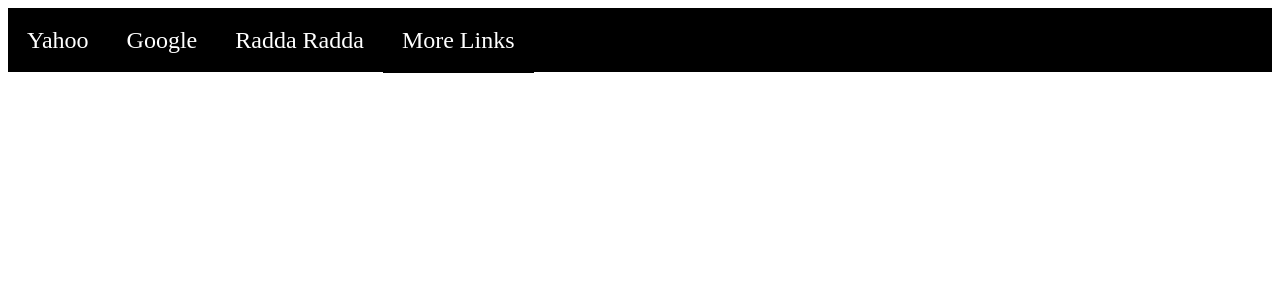
Repository: Komerican/komerican.github.io
Page: index1.html
The author's editor kept a record of every edit. The page is drawn from the files as they stood at one moment, then again after the next edit.
The browser window is 1280 px wide. The pictures show the whole page.

Above is the page before.

### index1.html
<!DOCTYPE html>
<html>
  <head>

    <title>repl.it</title>

    <style>
      .navbar{
        background-color: black;
        width: 100%;
        height: 64px;

      }

      .navbar a, .morelinks {
        color: white;
        font-size: 24px;
        text-decoration: none;
        padding:19px;
        float:left;
      }

      .navbar a:hover, .morelinks:hover{
        background-color: pink;
      }

      .dropdown:hover .dropdown-content{
        display:block;
      }

      .dropdown-content{
        position: absolute;
        z-index: 1;
        display:none;
      }

      .dropdown{
        background-color: black;
        color: white;
        float: left;
        text-decoration: none;
        font-size: 24px;

      }

      .dropdown-content a{
        float:none;
        display:block;

      }

    </style>

  </head>
  <body>
    <div class="navbar">
      <a href="https://www.yahoo.com">Yahoo</a>
      <a href="https://www.google.com">Google</a>
       <a href="https://vimm.net/vault/17594">Radda Radda</a>
      <div class="dropdown">
        <div class="morelinks">More Links</div>
        <div class="dropdown-content">
          <a href="https://www.awseducate.com">AWS Educate</a>
          <a href="https://www.collegeboard.org">College Board</a>
        </div>
      </div>

    </div>

  </body>
</html>

After the next edit:
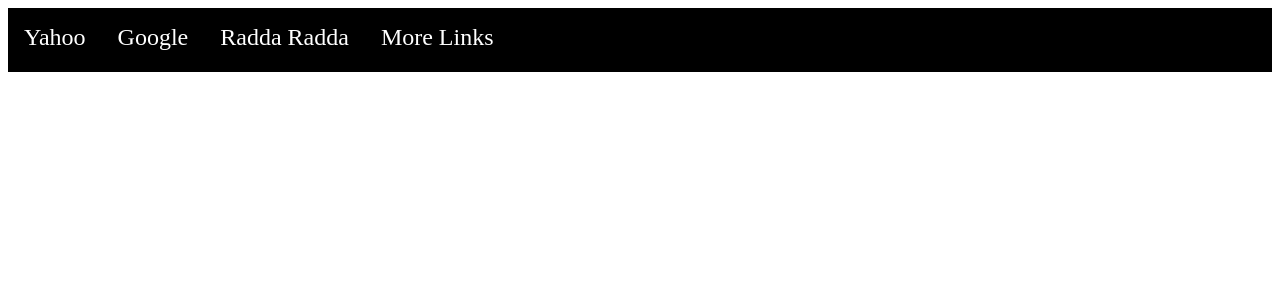
The edit:
--- a/index1.html
+++ b/index1.html
@@ -16,7 +16,7 @@
         color: white;
         font-size: 24px;
         text-decoration: none;
-        padding:19px;
+        padding:16px;
         float:left;
       }
 
